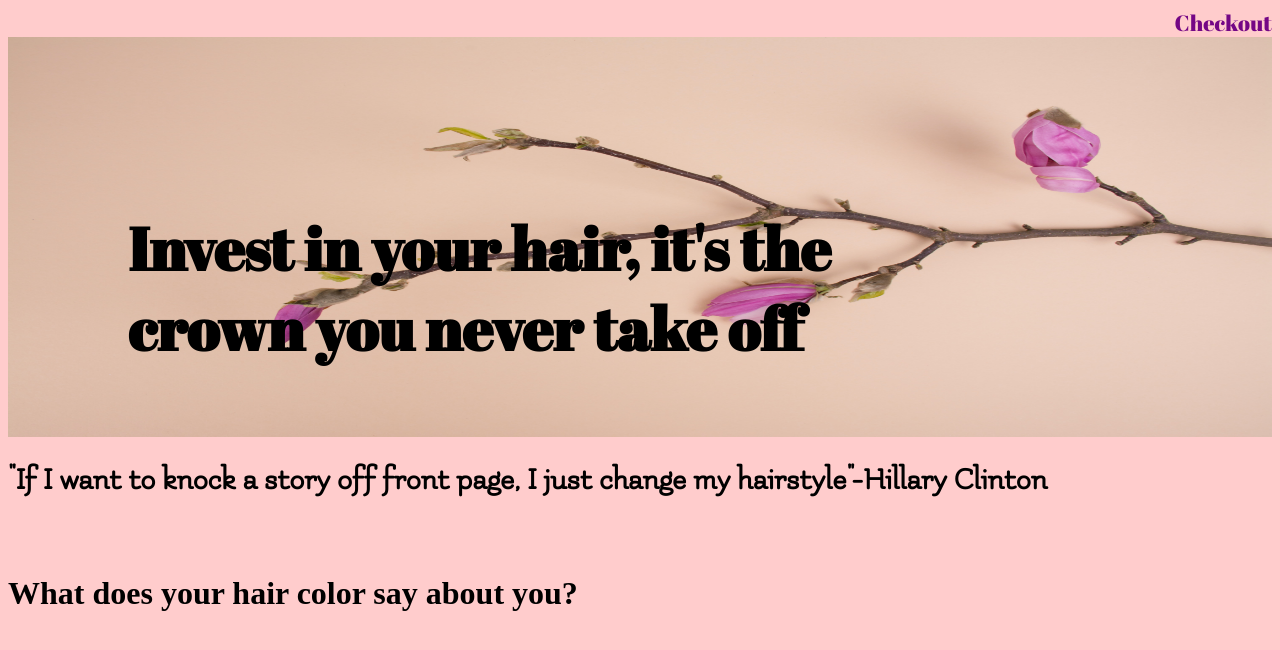
Repository: aarushi-07/Hair-and-Spa-booking-system
Page: http://localhost/salon/WEB-INF/jsp/hair.jsp
An editor plug-in stored every save of this project. The page is shown before and after the next save, followed by the edit.
The browser window is 1280 px wide. The pictures show the whole page.
The page is served by Tomcat 9. Nobody is signed in. The template is opened directly, without the code that normally fills it, so the values that code supplies are empty.

Above is the page before, as saved 2020-07-10 08:26:21.

After the next save:
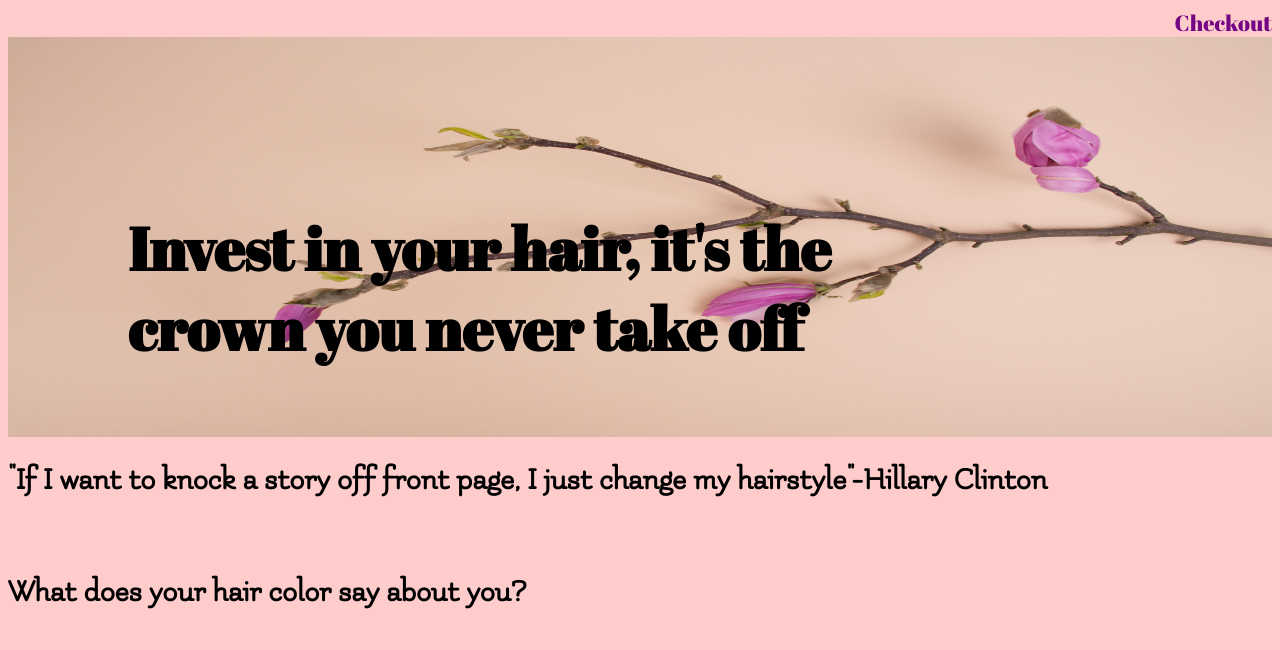
Saved 44 s later.
--- a/salon/src/main/webapp/WEB-INF/jsp/hair.jsp
+++ b/salon/src/main/webapp/WEB-INF/jsp/hair.jsp
@@ -74,7 +74,7 @@ th {
 	<br>
 	<br>
 
-	<h1 class="divf">What does your hair color say about you?</h1>
+	<h1 class="flamenco">What does your hair color say about you?</h1>
 	<table >
 
 
